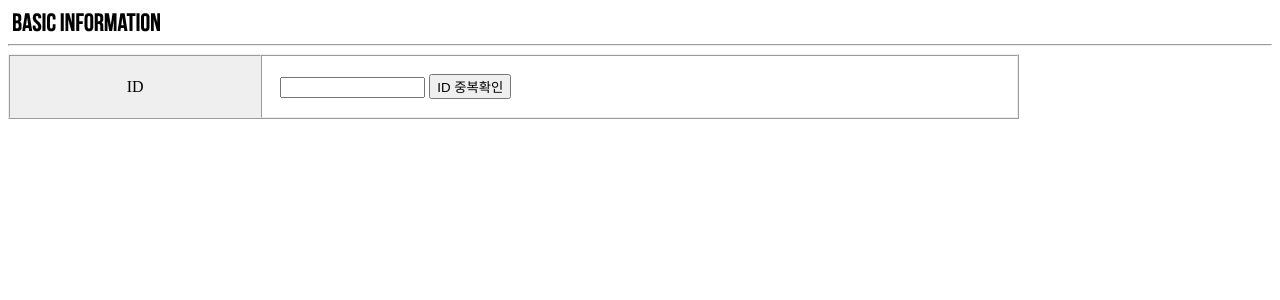
Repository: kminjoo/Making-website-using-JSP
Page: http://localhost/website_project/Register.jsp
An editor plug-in stored every save of this project. The page is shown before and after the next save, followed by the edit.
The browser window is 1280 px wide. The pictures show the whole page.
The page is served by Tomcat 9.

Above is the page before, as saved 2015-07-21 13:58:22.

After the next save:
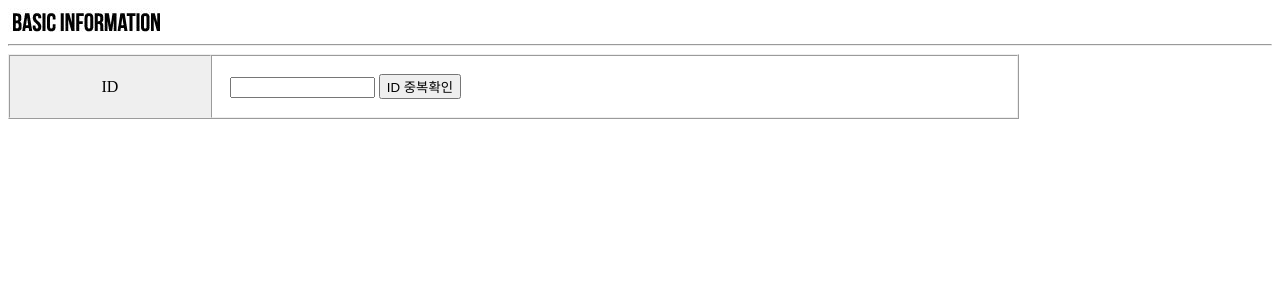
Saved 26 s later.
--- a/website_project/WebContent/Register.jsp
+++ b/website_project/WebContent/Register.jsp
@@ -15,7 +15,7 @@
 <table border="1" cellpadding="18" cellspacing="1" width="80%">
 <form name="regForm" method="post" action="RegisterProc.jsp">
 	<tr>
-		<td width="20%" align="center" bgcolor="#EFEFEF">ID</td>
+		<td width="15%" align="center" bgcolor="#EFEFEF">ID</td>
 		<td width="60%"><input type="text" name="mem_id" size="15">
 		<input type="button" value="ID 중복확인" onClick="idCheck(this.form.mem_id.value)"></td>
 	</tr>
